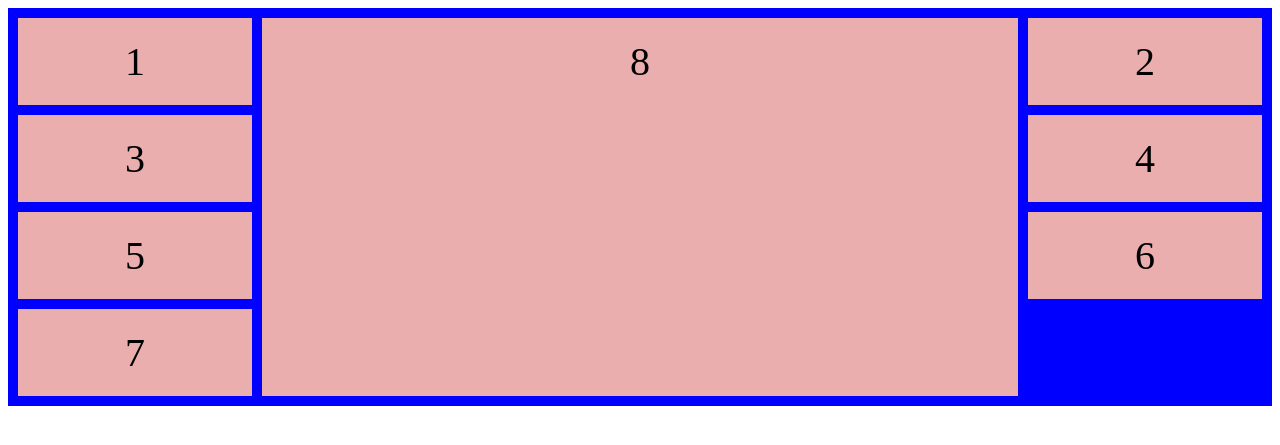
Repository: Thonghehe/Lab2_Web106
Page: Buoi2/index24.html
The author's editor kept a copy of each file at every save. The page is drawn from the files as they stood at one save, then again after the next save.
The browser window is 1280 px wide. The pictures show the whole page.

Above is the page before, as saved 2024-03-09 17:15:54.

### Buoi2/index24.html
<!DOCTYPE html>
<html lang="en">

<head>
    <meta charset="UTF-8">
    <meta name="viewport" content="width=device-width, initial-scale=1.0">
    <title>Document</title>
    <style>
        .container {
            display: grid;
            grid-template-columns: auto auto auto auto auto auto;
            gap: 10px;
            padding: 10px;
            background-color: blue;
        }

        .container>div {
            background-color: rgb(234, 174, 174);
            text-align: center;
            padding: 20px;
            font-size: 40px;
        }

        .item8 {
            grid-area: 1 / 2 / 5 / 6;
        }
    </style>
</head>

<body>
    <div class="container">
        <div class="item1">1</div>
        <div class="item2">2</div>
        <div class="item3">3</div>
        <div class="item4">4</div>
        <div class="item5">5</div>
        <div class="item6">6</div>
        <div class="item7">7</div>
        <div class="item8">8</div>
    </div>
</body>

</html>

After the next save:
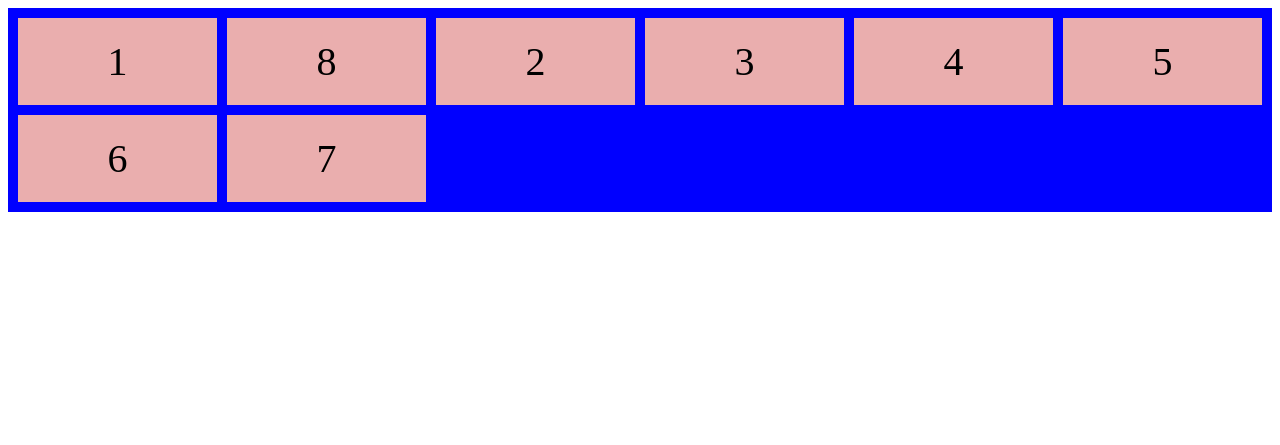
Saved 108 s later.
--- a/Buoi2/index24.html
+++ b/Buoi2/index24.html
@@ -22,7 +22,7 @@
         }
 
         .item8 {
-            grid-area: 1 / 2 / 5 / 6;
+            grid-area: 1 / 2 / 1 / 2;
         }
     </style>
 </head>
